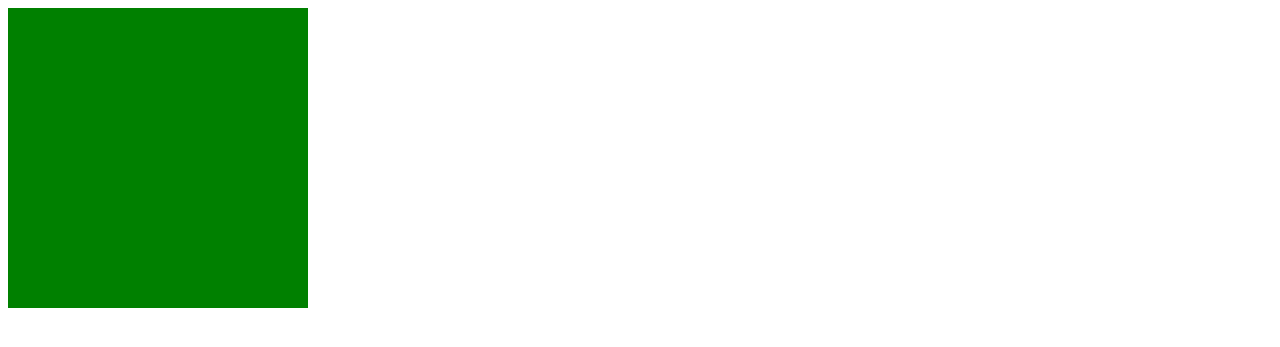
Repository: ego-boosting/html-practice1
Page: box/box.html
The author's editor kept a record of every edit. The page is drawn from the files as they stood at one moment, then again after the next edit.
The browser window is 1280 px wide. The pictures show the whole page.

Above is the page before.

### box/box.html
<!DOCTYPE html>
<html lang="ja">
  <head>
    <meta charset="UTF-8" />
    <link rel="stylesheet" href="box.css" />
    <title>BOX</title>
  </head>

  <body>
    <div class="box1"></div>
  </body>
</html>

### box/box.css
.box1 {
  width :300px;
  height :300px;
  background-color:green;
}

.box2 {
  width: 100px;
  height: 100px;
  background-color:blue;
  border:5px solid yellow;
  border-top-width:10px;
  border-bottom-color:pink;
  border-right-color:black;
  border-right-width:30px;
  border-left-width:30px;
  border-left-color:black;
  border-bottom-width:30px;
  border-top-width:30px;
}

After the next edit:
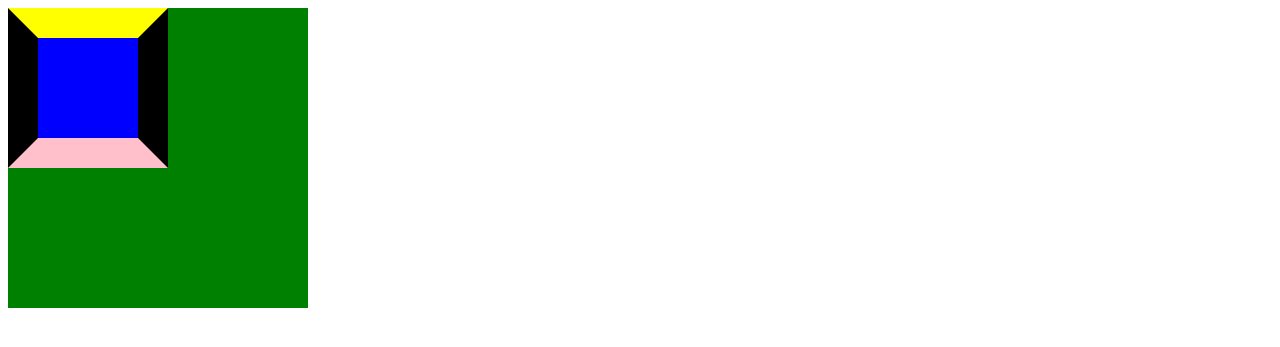
The edit:
--- a/box/box.html
+++ b/box/box.html
@@ -7,6 +7,8 @@
   </head>
 
   <body>
-    <div class="box1"></div>
+    <div class="box1">
+      <div class="box2"></div>
+    </div>
   </body>
 </html>
